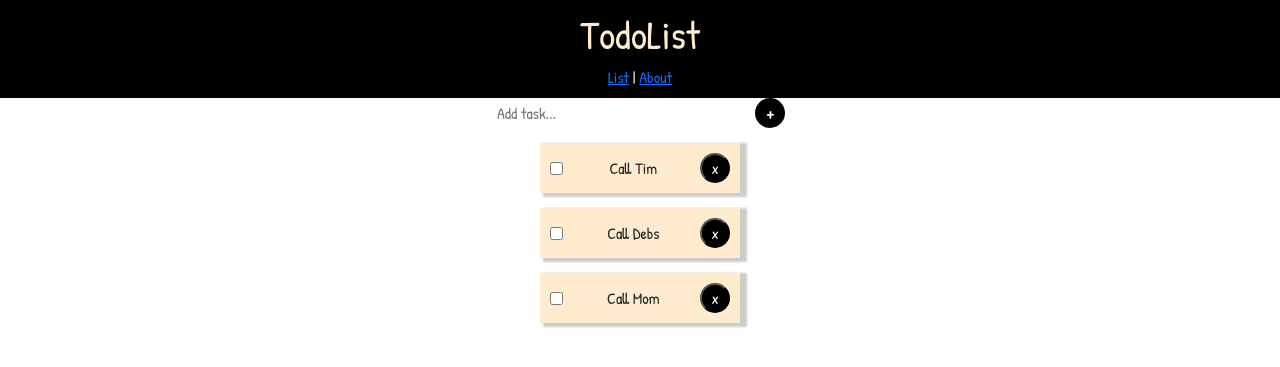
Repository: latenightsnacc/React-Projects
Page: / (app in todolist/)
These files come from the project's save history. The page is drawn as it stood at one moment and after a run of saves; the edit follows.
The browser window is 1280 px wide. The pictures show the whole page.
The project was rebuilt for these pictures with package versions that can differ from the ones it lists, and the page was loaded fresh each time. Also part of the build but not shown: todolist/src/pages/About.js.

Above is the page before, as saved 2020-07-02 14:54:47.

### todolist/public/index.html
<!DOCTYPE html>
<html lang="en">
  <head>
    <meta charset="utf-8" />
    <link rel="icon" href="%PUBLIC_URL%/favicon.ico" />
    <meta name="viewport" content="width=device-width, initial-scale=1" />
    <meta name="theme-color" content="#000000" />
    <meta
      name="description"
      content="Web site created using create-react-app"
    />
    <link rel="apple-touch-icon" href="%PUBLIC_URL%/logo192.png" />
    <link rel="stylesheet" href="https://stackpath.bootstrapcdn.com/bootstrap/4.5.0/css/bootstrap.min.css" integrity="sha384-9aIt2nRpC12Uk9gS9baDl411NQApFmC26EwAOH8WgZl5MYYxFfc+NcPb1dKGj7Sk" crossorigin="anonymous">
    <link rel="manifest" href="%PUBLIC_URL%/manifest.json" />
    <link href="https://fonts.googleapis.com/css2?family=Patrick+Hand&display=swap" rel="stylesheet">
    <title>React App</title>
  </head>
  <body>
    <noscript>You need to enable JavaScript to run this app.</noscript>
    <div id="root"></div>
    <!--
      This HTML file is a template.
      If you open it directly in the browser, you will see an empty page.

      You can add webfonts, meta tags, or analytics to this file.
      The build step will place the bundled scripts into the <body> tag.

      To begin the development, run `npm start` or `yarn start`.
      To create a production bundle, use `npm run build` or `yarn build`.
    -->
  </body>
</html>

### todolist/src/App.js
import React, {Component} from 'react';
import TodoList from './components/TodoList';
import Header from './components/layout/Header';
import './styles/App.scss';
import AddItem from './components/AddItem';
import { v4 as uuidv4} from 'uuid';
import { BrowserRouter as Router, Route} from 'react-router-dom';
import About from './pages/About';

class App extends Component  {
  constructor(props){
    super(props);
    this.state = {
      todos: [
        {
          id: uuidv4(),
          title: 'Call Tim',
          completed: false
        },
        {
          id: uuidv4(),
          title: 'Call Debs',
          completed: false
        },
        {
          id: uuidv4(),
          title: 'Call Mom',
          completed: false
        }
      ]
    }

  }

  // Toggle Complete
  markComplete = (id) => {
    this.setState({
      todos: this.state.todos.map(task => {
        if(task.id === id){
          task.completed = !task.completed
        }
        return task;
      })
    })
  }

  // Delete Task
  deleteTask = (id) => {
    this.setState({
      todos: [...this.state.todos.filter(
        task => task.id !== id
      )]
    })
  }

  // Add a new task item
  addItem = (title) => {
    const newTask = {
      id: uuidv4(),
      title,
      completed: false
    };
    this.setState(
      {
        todos: [...this.state.todos, newTask]
      }
    );

  }
  render() {
    return (
      <Router>
        <div className="App">
          <Header />
          <Route exact path="/" render={props => (
            <div className="container">
              <AddItem addItem={this.addItem} />
              <TodoList tasks= {this.state.todos} markComplete={this.markComplete} deleteTask= {this.deleteTask} />
            </div>
          )} />
          <Route path="/about" component={About} />

        </div>
      </Router>
    );
  }

}

export default App;

### todolist/src/components/TodoList.js
import React, { Component } from 'react';
import PropTypes from 'prop-types';
import TodoItem from './TodoItem';

class TodoList extends Component {
    render() {
        return (
            <>
                <div style={todoList}>
                    {
                        this.props.tasks.map(task => {
                            return <TodoItem key={task.id} task= {task} markComplete={this.props.markComplete} deleteTask= {this.props.deleteTask} />
                        })
                    }
                </div>
            </>
        )
    }
}

const todoList = {
    display: 'flex',
    width: '100%',
    alignItems: 'center',
    flexDirection: 'column'
}
// PropTypes
TodoList.propTypes = {
    tasks: PropTypes.array.isRequired
}
export default TodoList;

### todolist/src/components/layout/Header.js
import React from 'react';
import { Link } from 'react-router-dom';

function Header() {
    return (
        <div style={headerStyle}>
           <h1>TodoList</h1>
           <Link to="/">List</Link> | <Link to="/about">About</Link>
        </div>
    )
}

const headerStyle = {
    background: 'black',
    color: '#ffebcd',
    textAlign: 'center',
    lineHeight: '1.4',
    padding: '10px'
}

export default Header;

### todolist/src/styles/App.scss
@import "~bootstrap/scss/bootstrap";
@import url('https://fonts.googleapis.com/css2?family=Patrick+Hand&display=swap');

* {
    margin: 0;
    padding: 0;
    font-family: 'Patrick Hand', cursive;
}

.App {
    .container{
        display: flex;
        width: 100vw;
        flex-direction: column;
        align-items: center;
    }

}

.addBtn {
    height: 30px;
    width: 30px;
    border-radius: 50%;
    text-align: center;
    background-color: black;
    color: white;
    font-weight: bold;
    outline: none;
    margin-bottom: 15px;
    border: 0px;
}
.addItem {
    outline:none;
    border: 0;
    margin-bottom: 15px;
    color: black;
    padding: 2px;
    width: 260px;
    &:focus{
        outline:none;
        border-bottom: 1px solid black;
    }
}

### todolist/src/components/AddItem.js
import React, { Component } from 'react'

class AddItem extends Component {
    state = {
        title: ''
    }
    onChange = (e) => {
        this.setState({
            // use e.target.name to get the value for multiple fields
            [e.target.name]: e.target.value
        });
    }

    onSubmit = (e) => {
        e.preventDefault();
        this.props.addItem(this.state.title);
        this.setState({title: ''});
    }
    render() {
        return (
            <form onSubmit={this.onSubmit}   style={{display: 'flex'}}>
                <input
                type="text"
                name="title"
                placeholder="Add task..."
                className="addItem"
                value={this.state.title}
                onChange= {this.onChange}
                />
                <input
                type="submit"
                value="+"
                className="addBtn"
                />
            </form>
        )
    }
}

export default AddItem

### todolist/src/components/TodoItem.js
import React, { Component } from 'react';
import PropTypes from 'prop-types';

class TodoItem extends Component {
    getStyle = () => {
        return {
            background: '#ffebcd',
            width: '200px',
            padding: '10px',
            display: 'flex',
            alignItems: 'center',
            justifyContent: 'space-between',
            marginBottom: '15px',
            boxShadow: '5px 2px 2px 2px #cccccc',
            textDecoration: this.props.task.completed ?
            'line-through'
            :'none'
        }
    }

    render() {
        const { id, title } = this.props.task;
        return (
            <>
                <div style={this.getStyle()}>
                    <input type="checkbox" onChange={this.props.markComplete.bind(this, id)} /> &nbsp;
                    {title}
                    <button style={btn} onClick={this.props.deleteTask.bind(this, id)}>x</button>
                </div>
            </>
        )
    }
}
const btn = {
    float: 'right',
    background: 'black',
    height: '30px',
    width: '30px',
    borderRadius: '50%',
    textAlign: 'center',
    color: 'white',
    outline: 'none'
}
// PropTypes
TodoItem.propTypes = {
    task: PropTypes.object.isRequired
}
export default TodoItem

Loaded but not shown: todolist/src/index.js (common file)

After the next 2 saves:
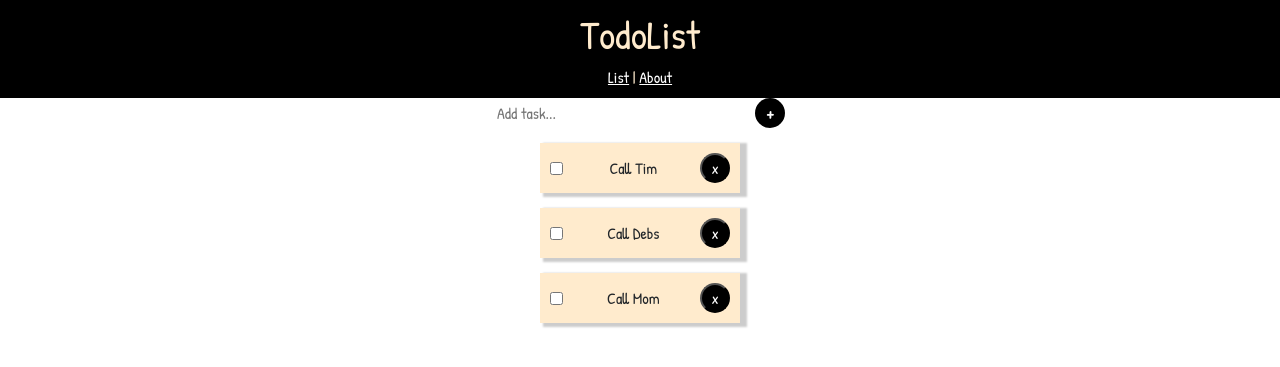
The 2 saves are shown as one change because 1 did not build or start.
The last was saved 57 s later.
--- a/todolist/src/components/layout/Header.js
+++ b/todolist/src/components/layout/Header.js
@@ -5,7 +5,7 @@ function Header() {
     return (
         <div style={headerStyle}>
            <h1>TodoList</h1>
-           <Link to="/">List</Link> | <Link to="/about">About</Link>
+           <Link style={linkStyle} to="/">List</Link> | <Link style={linkStyle} to="/about">About</Link>
         </div>
     )
 }
@@ -18,4 +18,7 @@ const headerStyle = {
     padding: '10px'
 }
 
+const linkStyle = {
+    color: 'white'
+}
 export default Header;
